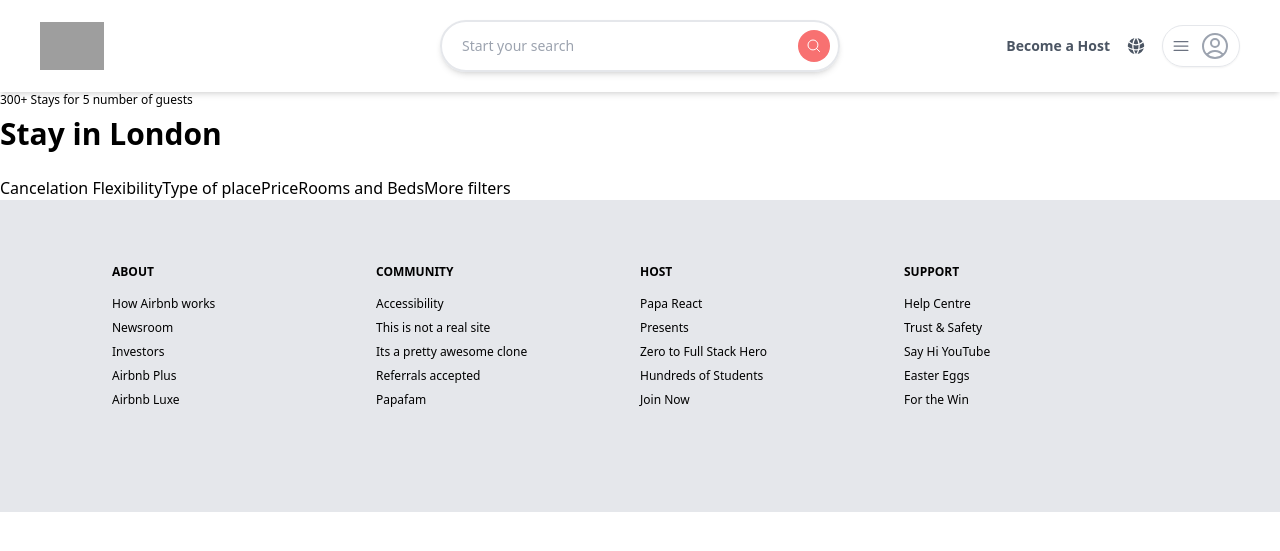
Repository: lakshithapramodya/airbnb
Page: /search
The author's editor kept a copy of each file at every save. The page is drawn from the files as they stood at one save, then again after the next save.
The browser window is 1280 px wide. The pictures show the whole page.
Pictures or frames that could not be fetched are drawn as grey boxes. The project was rebuilt for these pictures with package versions that can differ from the ones it lists, and the page was loaded fresh each time. The framework's server and built-in components were replaced by stand-ins that run in the browser. Also part of the build but not shown: next.config.js.

Above is the page before, as saved 2022-10-19 11:12:42.

After the next save:
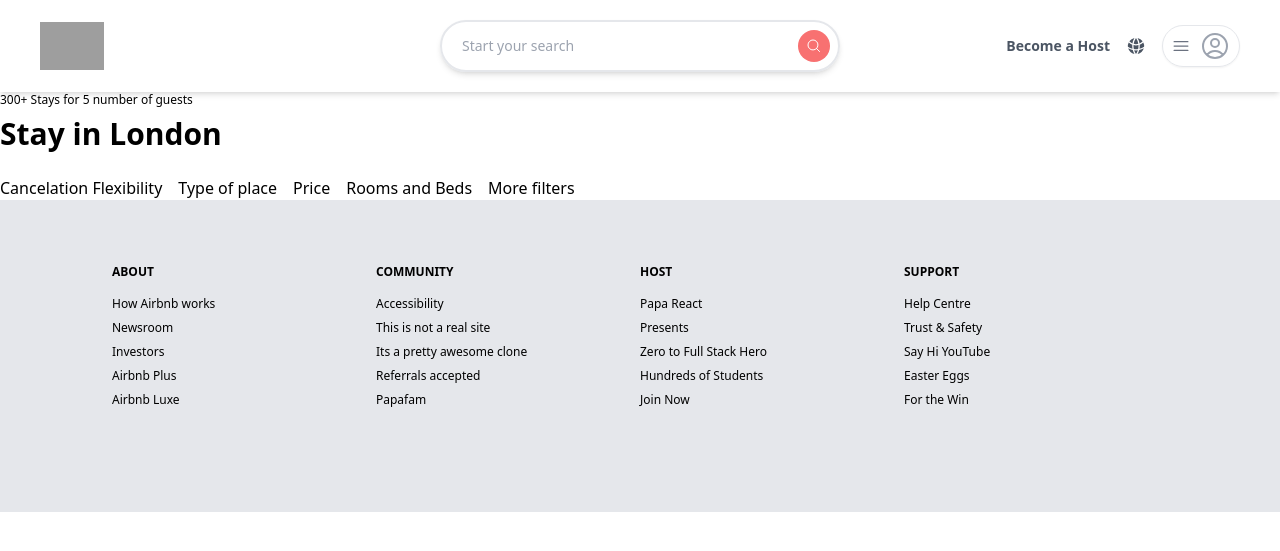
Saved 24 s later.
--- a/pages/search.js
+++ b/pages/search.js
@@ -12,7 +12,7 @@
           <p className="text-xs">300+ Stays for 5 number of guests</p>
           <h1 className="font-semibold text-3xl mt-2 mb-6">Stay in London</h1>
 
-          <div className="flex">
+          <div className="flex space-x-4">
             <p>Cancelation Flexibility</p>
             <p>Type of place</p>
             <p>Price</p>
